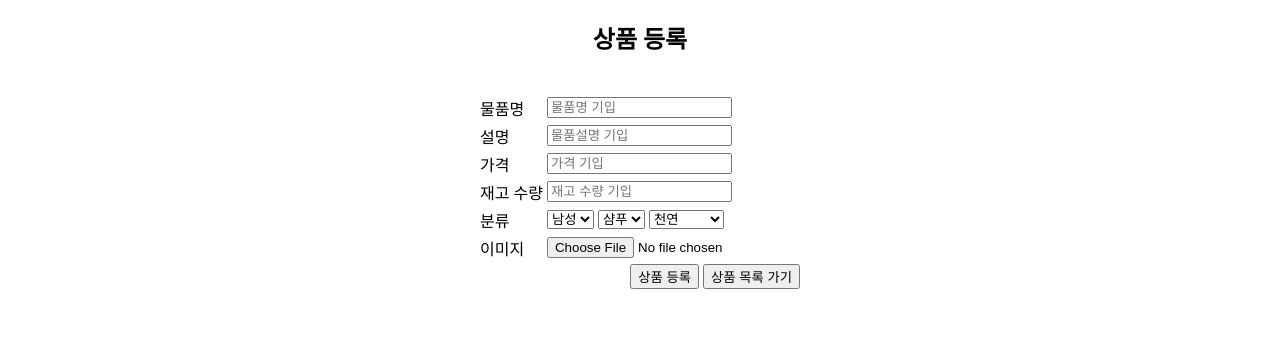
Repository: zxcvb2355/product
Page: http://localhost/product/WEB-INF/view/product/productInsertForm.jsp
These files come from the project's save history. The page is drawn as it stood at one moment and after the next save; the edit follows.
The browser window is 1280 px wide. The pictures show the whole page.
The page is served by Tomcat 9. Nobody is signed in. Other server files are loaded and not shown. The template is opened directly, without the code that normally fills it, so the values that code supplies are empty.

Above is the page before, as saved 2023-02-05 23:59:51.

### product/webapp/WEB-INF/view/product/productInsertForm.jsp
<%@ page language="java" contentType="text/html; charset=UTF-8"
    pageEncoding="UTF-8"%>
<!DOCTYPE html>
<html>
<head>
<meta charset="UTF-8">
<title>상품 등록</title>
<script  src="http://code.jquery.com/jquery-latest.min.js"></script>
<script type="text/javascript">

	$(document).ready(function(){

		$("#insertBtn").click(function(){

			let p1 = $("#p1").val();
			let pc = $("#pc").val();
			let de = $("#de").val();

			$("#pcategory").val(p1);
			$("#pcategory_detail").val(pc);
			$("#detail_product").val(de);

			$("#insert").attr({
				'action':'productInsert',
				'method':'POST',
				'enctype':'multipart/form-data'
			}).submit();
		});



	});



</script>
</head>
<body>
<h2 style="text-align:center;">상품 등록</h2><br>
<form id="insert" name="insert">
<table align="center">
<tr>
<td>물품명</td>
<td><input type="text" id="pname" name="pname" placeholder="물품명 기입"></td>
</tr>
<tr>
<td>설명</td>
<td><input type="texterea" id="pcontent" name="pcontent" placeholder="물품설명 기입">
</td>
</tr>
<tr>
<td>가격</td>
<td><input type="text" id="ppay" name="ppay" placeholder="가격 기입"></td>
</tr>
<tr>
<td>재고 수량</td>
<td><input type="text" id="pcount" name="pcount" placeholder="재고 수량 기입"></td>
</tr>
<tr>
<td>분류</td>
<td><select id="p1">
	<option value="01" id="pcate1" selected>남성</option>
	<option value="02" id="pcate2">여성</option>
</select>
<select id="pc">
	<option value="01" id="pcate_d1" selected>샴푸</option>
	<option value="02" id="pcate_d2">로션</option>
</select>
<select id="de">
	<option value="01" id="detail_p2" selected>천연</option>
	<option value="02" id="detail_p3">모공 축소</option>
	<option value="03" id="detail_p4">향기</option>
	<option value="04" id="detail_p5">기타</option>
</select>
</td>
</tr>
<tr>
<td>이미지</td>
<td><input type="file" id="pimage" name="pimage" value="파일 찾아보기"></td>
</tr>

<tr>
<td colspan="2" style="text-align:right;"><input type="button" id="insertBtn" value="상품 등록">
<input type="button" id="selectBtn" value="상품 목록 가기">
</td>
</tr>
</table>
<input type="hidden" id="pcategory" name="pcategory" value="">
<input type="hidden" id="pcategory_detail" name="pcategory_detail" value="">
<input type="hidden" id="detail_product" name="detail_product" value="">
</form>
</body>
</html>

After the next save:
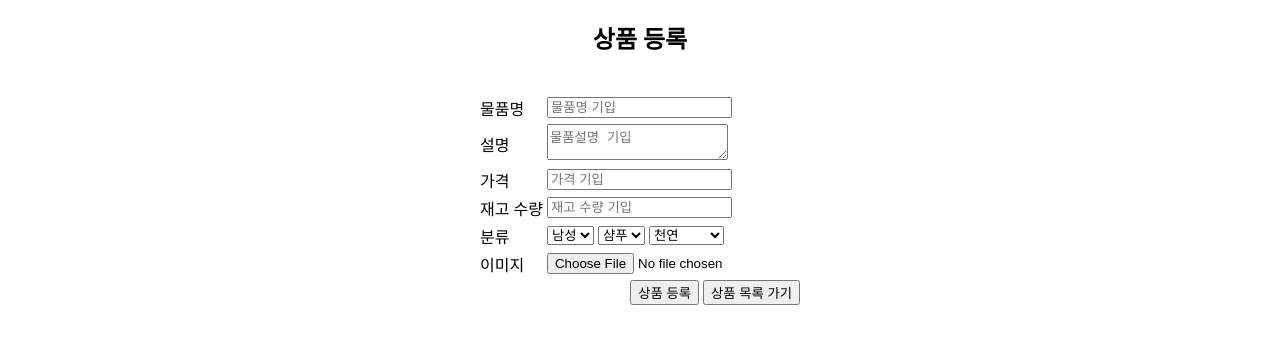
Saved 55 s later.
--- a/product/webapp/WEB-INF/view/product/productInsertForm.jsp
+++ b/product/webapp/WEB-INF/view/product/productInsertForm.jsp
@@ -45,7 +45,7 @@
 </tr>
 <tr>
 <td>설명</td>
-<td><input type="texterea" id="pcontent" name="pcontent" placeholder="물품설명 기입">
+<td><textarea id="pcontent" name="pcontent" placeholder="물품설명 기입"></textarea>
 </td>
 </tr>
 <tr>
